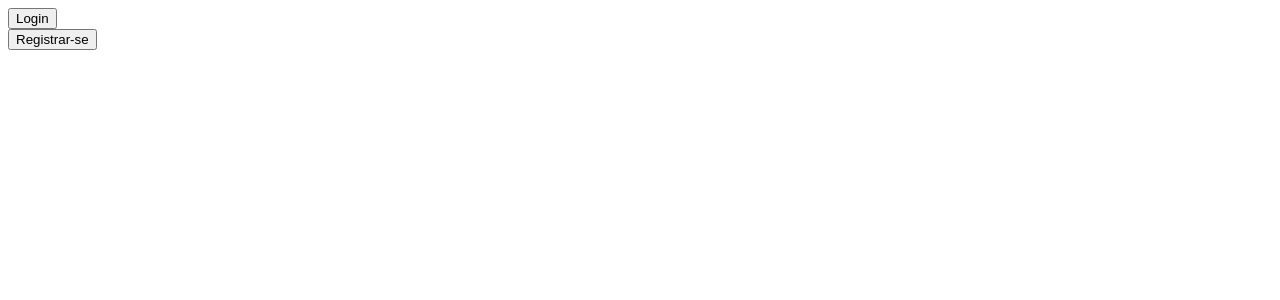
Repository: Erika-Santana/DSW1_ExercicioAvaliativo2.-
Page: http://localhost/dsw_exercicioavaliativo/
These files come from the project's save history. The page is drawn as it stood at one moment and after the next save; the edit follows.
The browser window is 1280 px wide. The pictures show the whole page.
The page is served by Tomcat 10. Other server files are loaded and not shown.

Above is the page before, as saved 2025-01-17 13:01:33.

### dsw_exercicioavaliativo/src/main/webapp/index.jsp
<%@ page language="java" contentType="text/html; charset=UTF-8"
    pageEncoding="UTF-8"%>
<!DOCTYPE html>
<html>
<head>
<meta charset="UTF-8">
<title>Bem vindo!</title>
</head>
<body>

	<form action="front.do?action=home">
			<div>
				<button type="submit" name="botaoLogin">Login</button>
			</div>
			<div>
				<button type="submit" name="registrar">Registrar-se</button>
			</div>
		</form>
</body>
</html>

After the next save:
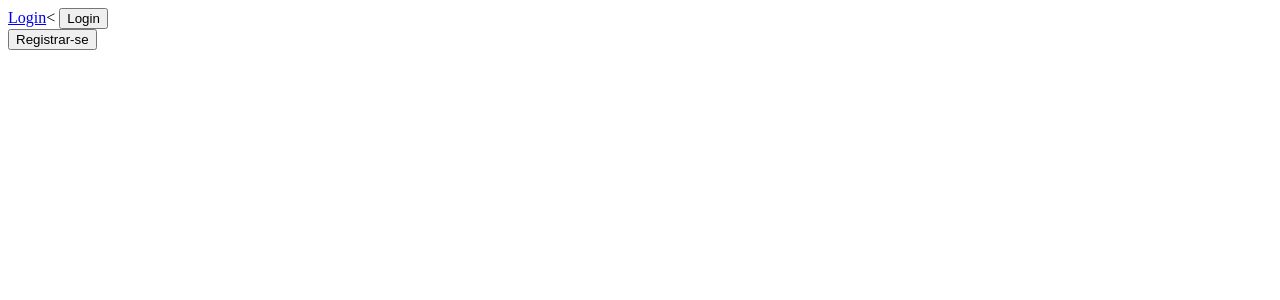
Saved 4 min 26 s later.
--- a/dsw_exercicioavaliativo/src/main/webapp/index.jsp
+++ b/dsw_exercicioavaliativo/src/main/webapp/index.jsp
@@ -8,11 +8,12 @@
 </head>
 <body>
 
-	<form action="front.do?action=home">
 			<div>
-				<button type="submit" name="botaoLogin">Login</button>
+				<a href="front.do?action=getLoginForm">Login</a><
+				<button type="submit" name="botaoLogin" href="">Login</button>
 			</div>
 			<div>
+
 				<button type="submit" name="registrar">Registrar-se</button>
 			</div>
 		</form>
